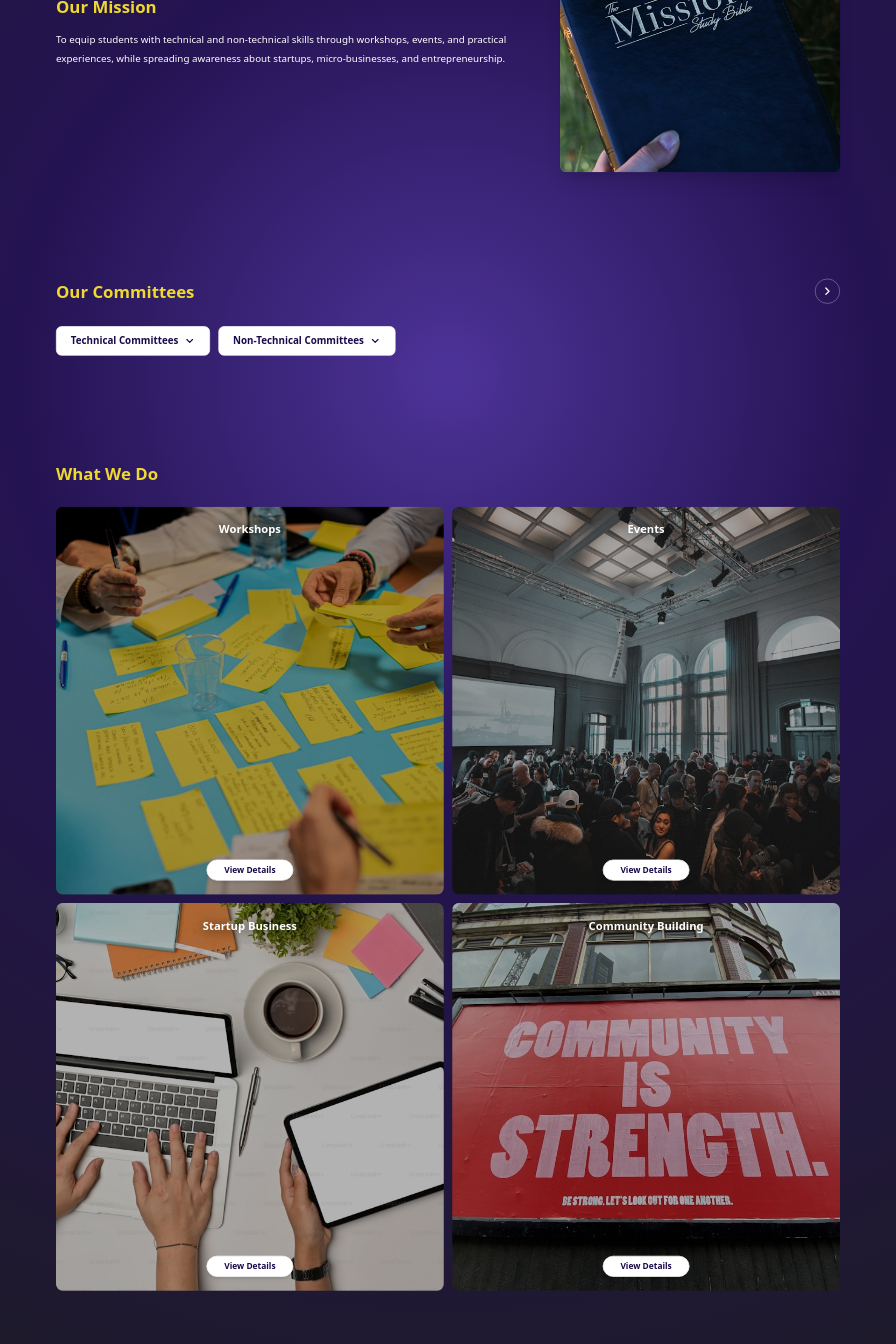
Repository: Frontend-Committee/StarUnion-Website
Page: /about
These files come from the project's save history. The page is drawn as it stood at one moment and after a run of saves; the edit follows.
The browser window is 1280 px wide. The pictures show the part of the page from y = 850 to 2770 px (the page is 2770 px tall before and 2558 px after), at 70% of full size.
The project was rebuilt for these pictures with package versions that can differ from the ones it lists, and the page was loaded fresh each time. Also part of the build but not shown: vite.config.js, src/components/common/Navbar.jsx, src/components/common/Footer.jsx, src/features/home/pages/HomePage.jsx.

Above is the page before, as saved 2026-02-25 14:16:02.

### index.html
<!doctype html>
<html lang="en">
  <head>
    <meta charset="UTF-8" />
    <meta name="viewport" content="width=device-width, initial-scale=1.0" />
    <title>star-union</title>
  </head>
  <body>
    <div id="root"></div>
    <script type="module" src="/src/main.jsx"></script>
  </body>
</html>

### src/App.jsx
import { BrowserRouter } from "react-router-dom";
import "./App.css";
import AppRoutes from "./routes";

function App() {
  return (
    <BrowserRouter>
      <AppRoutes />
    </BrowserRouter>
  );
}

export default App;

### src/App.css
@tailwind base;
@tailwind components;
@tailwind utilities;

.container {
  @apply max-w-6xl px-4 py-3 mx-auto;
}

/* Activity card image zoom on hover */
.group:hover .activity-card-img {
  transform: scale(1.06);
}

### src/routes/index.jsx
import { Route, Routes } from "react-router-dom";
import MainLayout from "../layouts/MainLayout";

// Pages
import AboutUsPage from "../features/about/pages/AboutUsPage";
import HomePage from "../features/home/pages/HomePage";

export default function AppRoutes() {
  return (
    <Routes>
      <Route element={<MainLayout />}>
        <Route path="/" element={<HomePage />} />
        <Route path="/about" element={<AboutUsPage />} />
      </Route>
    </Routes>
  );
}

### src/layouts/MainLayout.jsx
import { Outlet } from "react-router-dom";
import Navbar from "../components/common/Navbar";
import Footer from "../components/common/Footer";

export default function MainLayout() {
  return (
    <div className="flex flex-col min-h-screen">
      {/* <Navbar /> */}
      <main className="flex-1">
        <Outlet />
      </main>
      {/* <Footer /> */}
    </div>
  );
}

### src/features/about/pages/AboutUsPage.jsx
import { useState } from "react";
import AboutHero from "../../../assets/images/AboutHero.jpg";
import CommunityImage from "../../../assets/images/Community.jpg";
import EventsImage from "../../../assets/images/Events.jpg";
import MissonImage from "../../../assets/images/Misson.jpg";
import StartupImage from "../../../assets/images/StartupBusiness.jpg";
import WorkshopsImage from "../../../assets/images/Workshops.jpg";

// ─── Inline SVGs ──────────────────────────────────────────────────────────────
function IconChevronDown({ open }) {
  return (
    <svg
      width="16"
      height="16"
      viewBox="0 0 24 24"
      fill="none"
      stroke="currentColor"
      strokeWidth="2.5"
      strokeLinecap="round"
      strokeLinejoin="round"
      className={`transition-transform duration-300 ease-in-out ${
        open ? "rotate-180" : "rotate-0"
      }`}
    >
      <polyline points="6 9 12 15 18 9" />
    </svg>
  );
}

function IconChevronRight() {
  return (
    <svg
      width="18"
      height="18"
      viewBox="0 0 24 24"
      fill="none"
      stroke="currentColor"
      strokeWidth="2.5"
      strokeLinecap="round"
      strokeLinejoin="round"
    >
      <polyline points="9 18 15 12 9 6" />
    </svg>
  );
}

// ─── 4-pointed star logo ──────────────────────────────────────────────────────
function StarLogo() {
  return (
    <svg
      width="110"
      height="110"
      viewBox="0 0 120 120"
      fill="none"
      xmlns="http://www.w3.org/2000/svg"
      className="drop-shadow-[0_0_22px_rgba(255,255,255,0.55)]"
    >
      <path
        d="M60 4 L67 53 L116 60 L67 67 L60 116 L53 67 L4 60 L53 53 Z"
        fill="white"
      />
    </svg>
  );
}

// ─── Committee Dropdown ───────────────────────────────────────────────────────
function CommitteeDropdown({ label, items }) {
  const [open, setOpen] = useState(false);

  return (
    <div className="relative inline-block">
    <button
  onClick={() => setOpen((o) => !o)}
  className="flex items-center gap-2 px-5 py-2.5 border border-white rounded-lg bg-white text-[#1a0a4b] text-sm font-semibold cursor-pointer hover:bg-white/90 transition-colors duration-200"
>
  {label}
  <IconChevronDown open={open} />
</button>

      {open && (
        <div className="absolute top-[calc(100%+8px)] left-0 min-w-[220px] bg-[rgba(36,19,82,0.97)] border border-white/18 rounded-xl shadow-lg overflow-hidden z-50">
          {items.map((item) => (
            <button
              key={item}
              className="block w-full text-left px-4 py-2.5 text-xs text-white/78 bg-transparent border-none cursor-pointer hover:bg-white/9 transition-colors duration-150"
            >
              {item}
            </button>
          ))}
        </div>
      )}
    </div>
  );
}

// ─── Activity Card ────────────────────────────────────────────────────────────
function ActivityCard({ image, title }) {
  return (
    <div className="relative overflow-hidden rounded-[10px] aspect-square cursor-pointer group max-w-">
      <img
        src={image}
        alt={title}
        className="absolute inset-0 w-full h-full object-cover transition-transform duration-500 ease-out group-hover:scale-105"
      />
      <div className="absolute inset-0 bg-black/30" />
      <div className="absolute inset-0 flex flex-col items-center justify-between py-5 px-4">
        <h3 className="text-white font-bold text-base text-center drop-shadow-[0_2px_8px_rgba(0,0,0,0.8)]">
          {title}
        </h3>
        <button className="px-6 py-1.5 text-xs font-semibold text-[#1a0a4b] bg-white border border-white rounded-full hover:bg-white/90 transition-colors duration-200 shadow-md">
          View Details
        </button>
      </div>
    </div>
  );
}

// ════════════════════════════════════════════════════════════════════════════════
//  ABOUT US PAGE
// ════════════════════════════════════════════════════════════════════════════════
export default function AboutUsPage() {
  const technicalCommittees = [
    "Frontend Committee",
    "Backend Committee",
    "AI & Data Committee",
    "Cybersecurity Committee",
    "Mobile Development",
  ];

  const nonTechnicalCommittees = [
    "Media & Design Committee",
    "Marketing Committee",
    "HR Committee",
    "Finance Committee",
    "PR & Communications",
  ];

  const activities = [
    { image: WorkshopsImage, title: "Workshops" },
    { image: EventsImage, title: "Events" },
    { image: StartupImage, title: "Startup Business" },
    { image: CommunityImage, title: "Community Building" },
  ];

  return (
    <div className="w-full overflow-x-hidden bg-[radial-gradient(circle_at_center,_#4D3398_0%,_#241352_40%,_#1E1A2B_100%)]">
      {/* ══════════════════════════════════════════════════════════════════════
          1. HERO — Background 3 gradient
      ══════════════════════════════════════════════════════════════════════ */}
      <section
        className="relative w-full min-h-[340px] flex flex-col items-center justify-center overflow-hidden bg-cover bg-center bg-no-repeat"
        style={{ backgroundImage: `url(${AboutHero})` }}
      >
        {/* Green glow orb — top right */}
        {/* <div
          style={{
            position: "absolute",
            top: 0,
            right: 0,
            width: "280px",
            height: "280px",
            borderRadius: "9999px",
            background:
              "radial-gradient(circle, rgba(17,237,164,0.45) 0%, transparent 70%)",
            transform: "translate(35%, -35%)",
            filter: "blur(40px)",
            pointerEvents: "none",
          }}
        /> */}

        {/* Purple glow orb — bottom left */}
      </section>

      {/* ══════════════════════════════════════════════════════════════════════
          2. WHO WE ARE
      ══════════════════════════════════════════════════════════════════════ */}
      <section className="py-16">
        <div className="container">
          <h2 className="text-tertiary text-2xl font-semibold mb-4">
            Who We Are
          </h2>
          <p className="text-white text-sm leading-loose mb-3">
            S.T.A.R Union is a student activity founded on September 8, 2023,
            with a strong belief that every student has the potential to build,
            innovate, and grow.
          </p>
          <p className="text-white  text-sm leading-loose">
            We focus on empowering students—especially in technology and
            computer science—by providing hands-on experiences, real-world
            exposure, and a supportive environment that bridges the gap between
            learning and practice.
          </p>
        </div>
      </section>

      {/* ══════════════════════════════════════════════════════════════════════
          3. OUR MISSION — image right
      ══════════════════════════════════════════════════════════════════════ */}
      <section className="py-12 pb-16">
        <div className="container flex flex-wrap items-center gap-12">
          <div className="flex-1 min-w-[300px]">
            <h2 className="text-2xl font-semibold text-tertiary mb-4">
              Our Mission
            </h2>
            <p className="text-white  text-sm leading-loose">
              To equip students with technical and non-technical skills through
              workshops, events, and practical experiences, while spreading
              awareness about startups, micro-businesses, and entrepreneurship.
            </p>
          </div>

          {/* Image */}
          <div className="flex-shrink-0">
            <img
              src={MissonImage}
              alt="Our Mission"
              className="w-full max-w-[400px] rounded-lg object-cover aspect-square shadow-xl"
            />
          </div>
        </div>
      </section>

      {/* ══════════════════════════════════════════════════════════════════════
          4. OUR COMMITTEES — Background 3 gradient
      ══════════════════════════════════════════════════════════════════════ */}
      <section className="relative w-full py-16 overflow-hidden">
        <div className="container">
          {/* Header row */}
          <div className="flex items-center justify-between mb-8">
            <h2 className="text-tertiary text-2xl font-semibold m-0">
              Our Committees
            </h2>

            <button
              className="flex items-center justify-center w-9 h-9 rounded-full border border-white/40 bg-white/6 text-white cursor-pointer hover:bg-white/14 transition-colors duration-200"
              aria-label="Browse committees"
            >
              <IconChevronRight />
            </button>
          </div>

          {/* Dropdown buttons */}
          <div className="flex flex-wrap gap-3">
            <CommitteeDropdown
              label="Technical Committees"
              items={technicalCommittees}
            />
            <CommitteeDropdown
              label="Non-Technical Committees"
              items={nonTechnicalCommittees}
            />
          </div>
        </div>
      </section>

      {/* ══════════════════════════════════════════════════════════════════════
          5. WHAT WE DO — dark + 2×2 grid
      ══════════════════════════════════════════════════════════════════════ */}
    <section className="w-full py-16">
  <div className="container">
    <h2 className="text-tertiary text-2xl font-semibold mb-8">What We Do</h2>
    <div className="grid grid-cols-2 gap-3 ">
      {activities.map((act) => (
        <ActivityCard key={act.title} image={act.image} title={act.title} />
      ))}
    </div>
  </div>
</section>
    </div>
  );
}

### tailwind.config.js
/** @type {import('tailwindcss').Config} */
module.exports = {
  content: ["./index.html", "./src/**/*.{js,jsx,ts,tsx}"],

  theme: {
    container: {
      center: true,
      padding: {
        DEFAULT: "16px", // mobile side margins
        lg: "24px", // desktop side margins
      },
    },

    extend: {
      colors: {
        primary: "#7441FF",
        secondary: "#11EDA4",
        tertiary: "#EFD830",

        background: "#FFFFFF",
        text: "#111111",
        textInvert: "#FFFFFF",

        muted: "#E1D6FF",
        card: "#FFFFFF",
        cardSoft: "#C8B5FC",

        success: "#12B76A",
        warning: "#F59E0B",
        error: "#EF4444",

        bg31: "#241352",
        bg32: "#4D3398",
        bg33: "#1E1A2B",
      },

      backgroundImage: {
        gradientBg3:
          "radial-gradient(circle at top, #241352 0%, #4D3398 45%, #1E1A2B 100%)",
        gradientFooter: "linear-gradient(135deg, #E1D6FF 0%, #7441FF 100%)",
        gradientBrand:
          "linear-gradient(135deg, #7441FF 0%, #11EDA4 50%, #EFD830 100%)",
      },

      // typography
      fontSize: {
        h1: ["44px", { lineHeight: "1.1", fontWeight: "800" }],
        h2: ["32px", { lineHeight: "1.15", fontWeight: "800" }],
        h3: ["24px", { lineHeight: "1.2", fontWeight: "800" }],
        h4: ["20px", { lineHeight: "1.25", fontWeight: "800" }],
        body: ["16px", { lineHeight: "1.6", fontWeight: "800" }],
        caption: ["14px", { lineHeight: "1.4", fontWeight: "800" }],
        micro: ["12px", { lineHeight: "1.35", fontWeight: "800" }],
      },

      /*
       Spacing tokens
       */
      spacing: {
        1: "4px",
        2: "8px",
        3: "12px",
        4: "16px",
        6: "24px",
        8: "32px",
        12: "48px",
        16: "64px",
      },

      /*
       Section spacing helpers
       */
      margin: {
        "section-sm": "24px",
        "section-md": "32px",
        "section-lg": "48px",
        "section-xl": "64px",
      },
      padding: {
        "section-sm": "24px",
        "section-md": "32px",
        "section-lg": "48px",
        "section-xl": "64px",
      },

      boxShadow: {
        soft: "0 4px 10px rgba(0,0,0,0.1)",
      },

      borderRadius: {
        card: "16px",
      },
    },
  },

  plugins: [],
};

Loaded but not shown: src/main.jsx (common file)

After the next 3 saves:
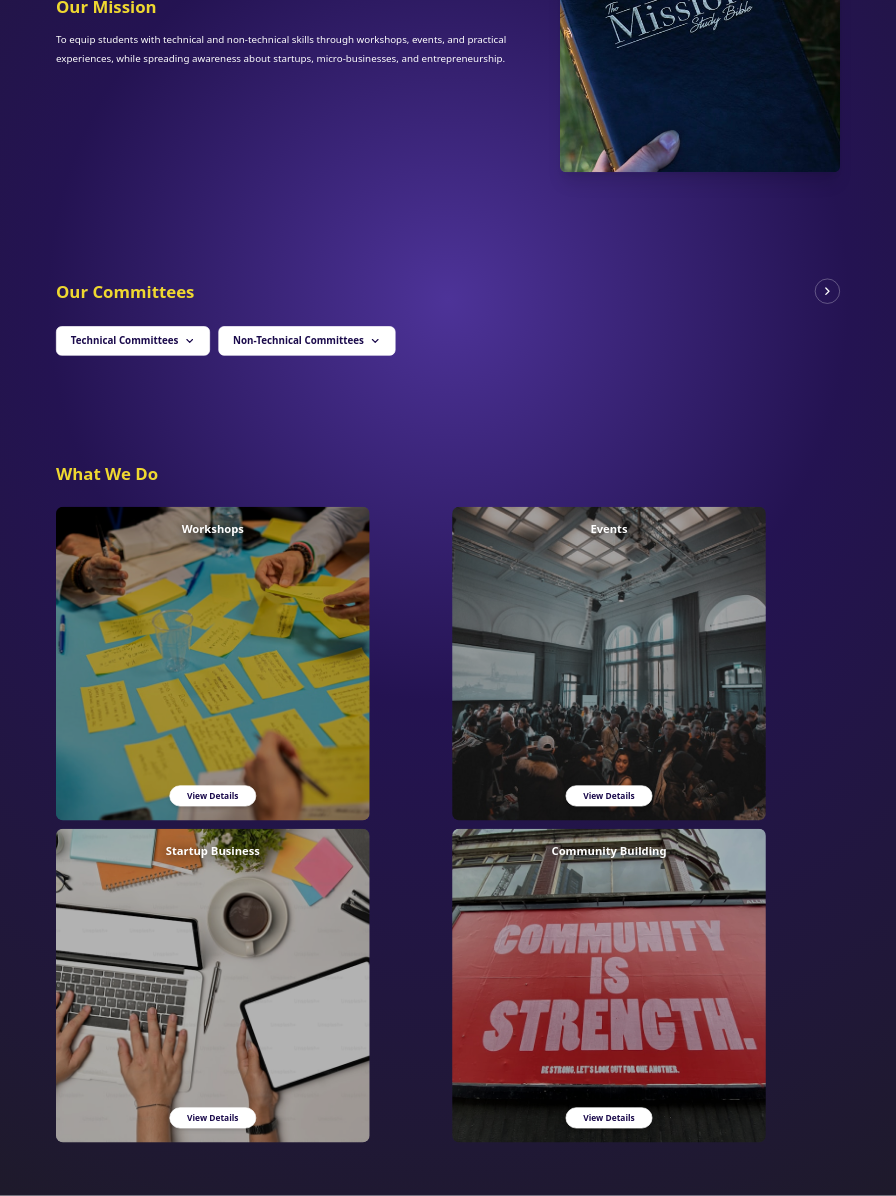
The 3 saves are shown as one change because they came seconds apart.
The last was saved 8 s later.
--- a/src/features/about/pages/AboutUsPage.jsx
+++ b/src/features/about/pages/AboutUsPage.jsx
@@ -96,7 +96,7 @@
 // ─── Activity Card ────────────────────────────────────────────────────────────
 function ActivityCard({ image, title }) {
   return (
-    <div className="relative overflow-hidden rounded-[10px] aspect-square cursor-pointer group max-w-">
+    <div className="relative overflow-hidden rounded-[10px] aspect-square cursor-pointer group max-w-md">
       <img
         src={image}
         alt={title}

After the 2 saves that followed:
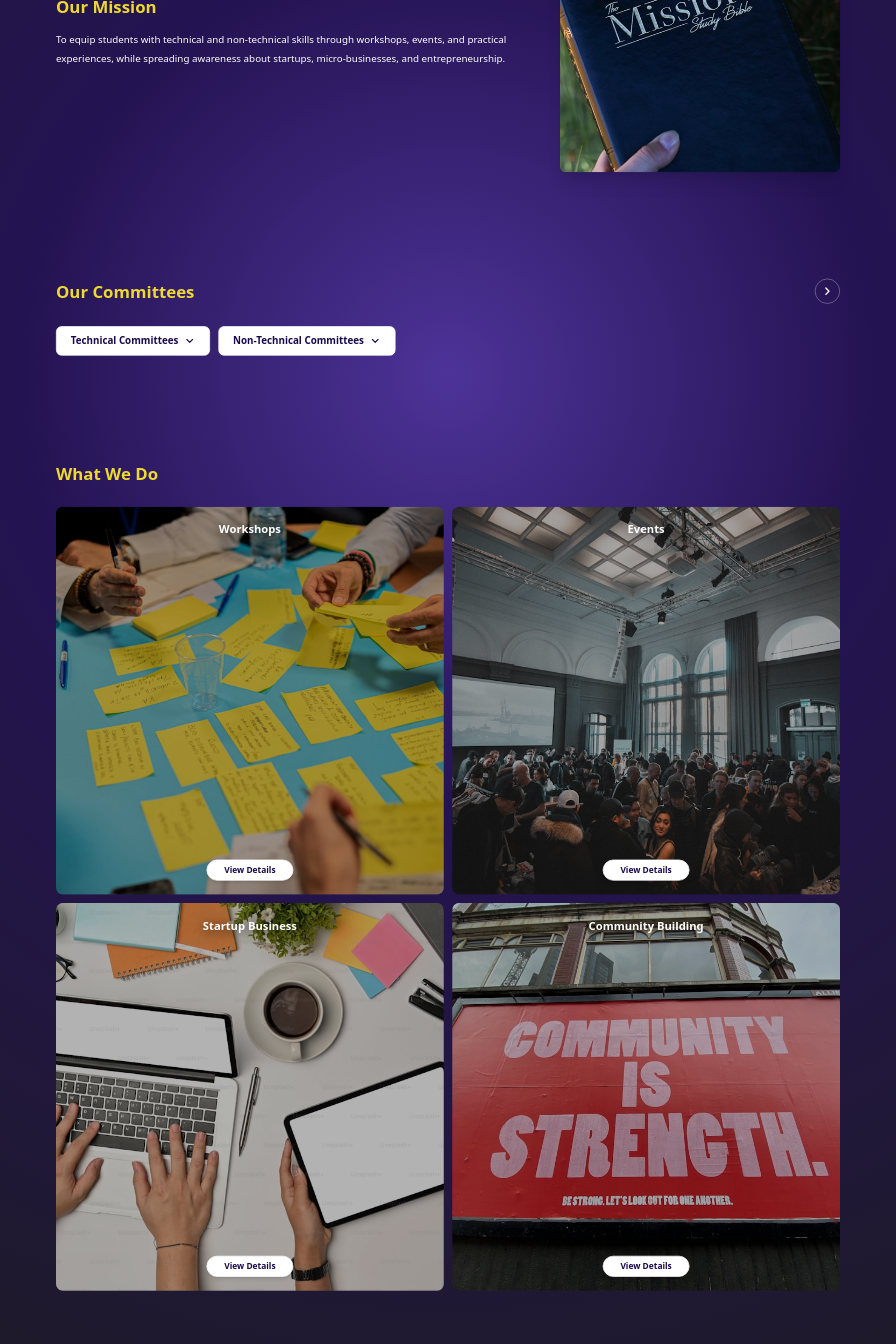
The 2 saves are shown as one change because they came seconds apart.
The last was saved 7 s later.
--- a/src/features/about/pages/AboutUsPage.jsx
+++ b/src/features/about/pages/AboutUsPage.jsx
@@ -96,7 +96,7 @@
 // ─── Activity Card ────────────────────────────────────────────────────────────
 function ActivityCard({ image, title }) {
   return (
-    <div className="relative overflow-hidden rounded-[10px] aspect-square cursor-pointer group max-w-md">
+    <div className="relative overflow-hidden rounded-[10px] aspect-square cursor-pointer group max-w-">
       <img
         src={image}
         alt={title}
